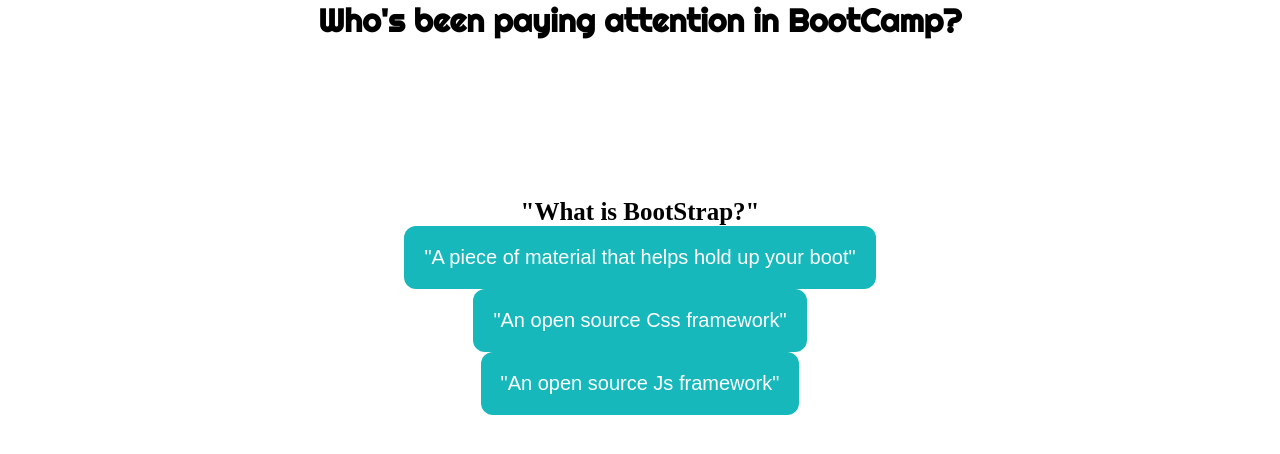
Repository: kkyler24/Quizlet
Page: Quiz.html
The author's editor kept a copy of each file at every save. The page is drawn from the files as they stood at one save, then again after the next save.
The browser window is 1280 px wide. The pictures show the whole page.
Some web libraries are served in a nearby version.

Above is the page before, as saved 2020-03-15 22:33:26.
Console error: SyntaxError: Unexpected end of input

After the next save:
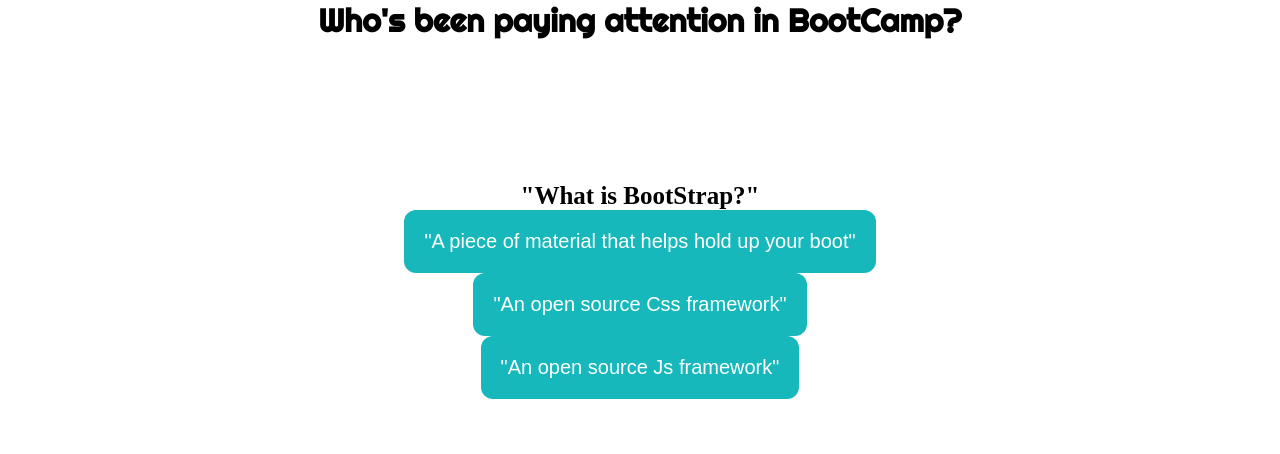
Saved 9 min 24 s later.
--- a/Quiz.html
+++ b/Quiz.html
@@ -8,6 +8,10 @@
 
     <!-- font family -->
     <link href="https://fonts.googleapis.com/css2?family=Righteous&display=swap" rel="stylesheet">
+
+    <!-- JQ -->
+
+
 
     <!-- Popper -->
     <script src="https://cdnjs.cloudflare.com/ajax/libs/popper.js/1.12.9/umd/popper.min.js"
@@ -22,9 +26,8 @@
 
 <!-- Quiz Design -->
 
-<body>
-    <p><span id="stats" style="display: none;"></span></p>
-    <div s><input type="text" readonly="" id="timespent" class="questionDiv" value="0:00"></input></div>
+<body class="displayTime">
+    <div><input type="text" readonly="" id="timespent" class="questionDiv" value="0:00"></input> </div>
 
     <Div class="flex-container">
         <div id="questionBoxOne" class="row" style="display: block;">
